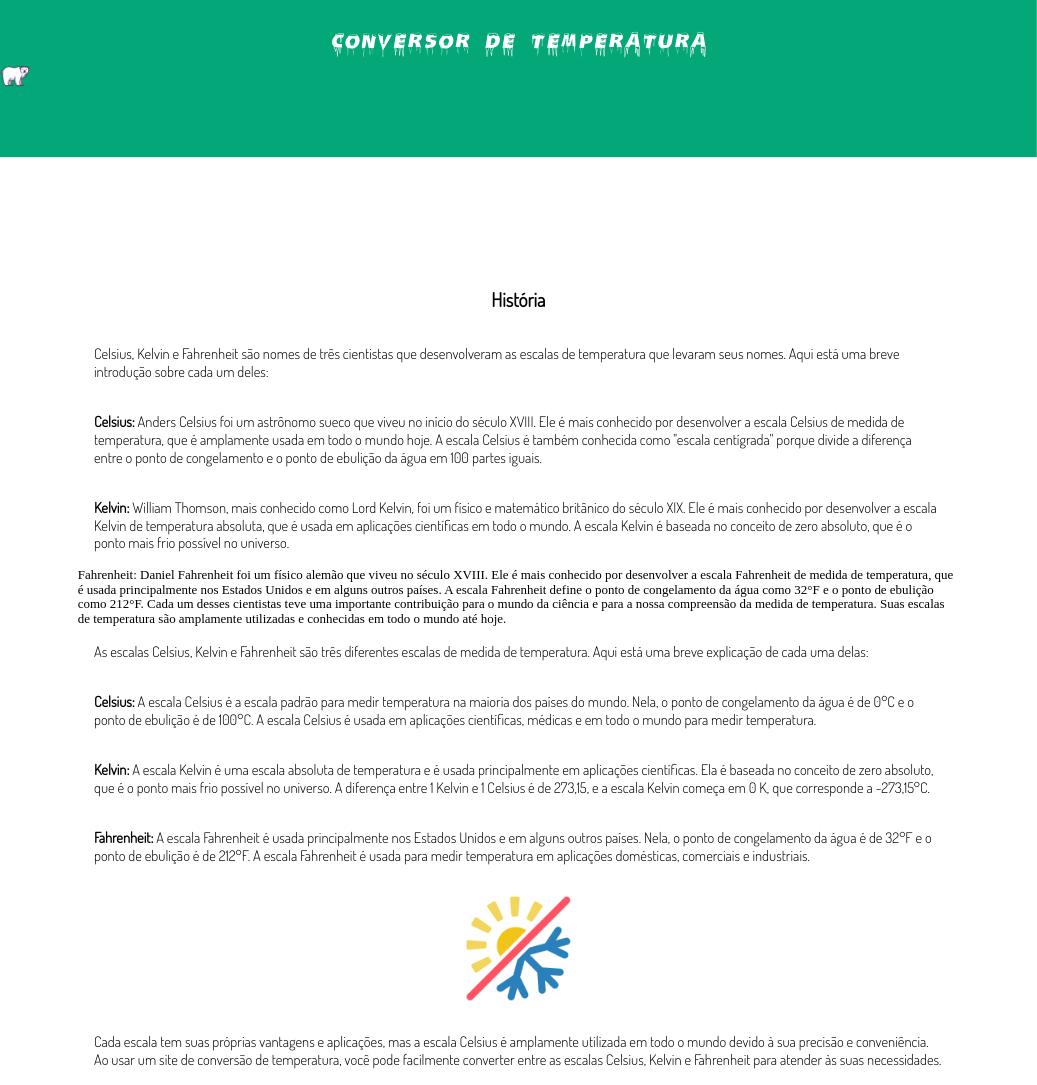
Repository: Leonngc/Conversor-de-temperatura
Page: history.html
The author's editor kept a copy of each file at every save. The page is drawn from the files as they stood at one save, then again after the next save.
The browser window is 1280 px wide. The pictures show the whole page, at 81% of full size.
Some icons come from a web library that is not loaded, so they are not drawn.

Above is the page before, as saved 2023-02-12 00:59:51.

### history.html
<!DOCTYPE html>
<html lang="pt-br">
  <head>
    <meta charset="UTF-8" />
    <meta http-equiv="X-UA-Compatible" content="IE=edge" />
    <meta name="viewport" content="width=device-width, initial-scale=1.0" />
    <link
      rel="stylesheet"
      href="https://cdn-uicons.flaticon.com/uicons-bold-straight/css/uicons-bold-straight.css"
    />
    <link
      rel="stylesheet"
      href="https://cdn-uicons.flaticon.com/uicons-brands/css/uicons-brands.css"
    />
    <link rel="stylesheet" href="history.css" />
    <script src="scripts/menu.js" defer></script>
    <title>História</title>
  </head>
  <body>
    <header>
      <h1>Conversor de Temperatura</h1>
      <img src="image/urso-polar.png" alt="" /><button id="menu-button">
        <i class="fi fi-bs-menu-burger"></i>
      </button>

      <menu>
        <ul id="links-menu">
          <li><a href="about.html">Sobre a página</a></li>
          <li><a href="history.html">História</a></li>
          <li><a href="projects.html">Outros Projetos</a></li>
        </ul>
      </menu>
    </header>
    <main>
      <h2>História</h2>

      <article>
        <p>Celsius, Kelvin e Fahrenheit são nomes de três cientistas que desenvolveram as escalas de temperatura que levaram seus nomes. Aqui está uma breve introdução sobre cada um deles:</p>

<p><strong>Celsius:</strong> Anders Celsius foi um astrônomo sueco que viveu no início do século XVIII. Ele é mais conhecido por desenvolver a escala Celsius de medida de temperatura, que é amplamente usada em todo o mundo hoje. A escala Celsius é também conhecida como "escala centígrada" porque divide a diferença entre o ponto de congelamento e o ponto de ebulição da água em 100 partes iguais.</p>

<p><strong>Kelvin:</strong> William Thomson, mais conhecido como Lord Kelvin, foi um físico e matemático britânico do século XIX. Ele é mais conhecido por desenvolver a escala Kelvin de temperatura absoluta, que é usada em aplicações científicas em todo o mundo. A escala Kelvin é baseada no conceito de zero absoluto, que é o ponto mais frio possível no universo.</p>

Fahrenheit: Daniel Fahrenheit foi um físico alemão que viveu no século XVIII. Ele é mais conhecido por desenvolver a escala Fahrenheit de medida de temperatura, que é usada principalmente nos Estados Unidos e em alguns outros países. A escala Fahrenheit define o ponto de congelamento da água como 32°F e o ponto de ebulição como 212°F.

Cada um desses cientistas teve uma importante contribuição para o mundo da ciência e para a nossa compreensão da medida de temperatura. Suas escalas de temperatura são amplamente utilizadas e conhecidas em todo o mundo até hoje.
      </article>

      <article>
        <p>
          As escalas Celsius, Kelvin e Fahrenheit são três diferentes escalas de
          medida de temperatura. Aqui está uma breve explicação de cada uma
          delas:
        </p>

        <p>
          <strong>Celsius:</strong> A escala Celsius é a escala padrão para
          medir temperatura na maioria dos países do mundo. Nela, o ponto de
          congelamento da água é de 0°C e o ponto de ebulição é de 100°C. A
          escala Celsius é usada em aplicações científicas, médicas e em todo o
          mundo para medir temperatura.
        </p>

        <p>
          <strong>Kelvin:</strong> A escala Kelvin é uma escala absoluta de
          temperatura e é usada principalmente em aplicações científicas. Ela é
          baseada no conceito de zero absoluto, que é o ponto mais frio possível
          no universo. A diferença entre 1 Kelvin e 1 Celsius é de 273,15, e a
          escala Kelvin começa em 0 K, que corresponde a -273,15°C.
        </p>
        <p>
          <strong>Fahrenheit:</strong> A escala Fahrenheit é usada
          principalmente nos Estados Unidos e em alguns outros países. Nela, o
          ponto de congelamento da água é de 32°F e o ponto de ebulição é de
          212°F. A escala Fahrenheit é usada para medir temperatura em
          aplicações domésticas, comerciais e industriais.
        </p>
        <div>
            <img src="image/temperaturas.png" alt="">
        </div>
        <p>
          Cada escala tem suas próprias vantagens e aplicações, mas a escala
          Celsius é amplamente utilizada em todo o mundo devido à sua precisão e
          conveniência. Ao usar um site de conversão de temperatura, você pode
          facilmente converter entre as escalas Celsius, Kelvin e Fahrenheit
          para atender às suas necessidades.
        </p>
      </article>
    </main>
  </body>
</html>

### history.css
@charset "UTF-8";
@import url('https://fonts.googleapis.com/css2?family= Dosis:wght@300 & display = swap');
@font-face {
    font-family: Title;
    src: url(fonts/IceCaps.ttf);
}

:root{
    --yellow: #F7FF58;
    --snow: #FBFBFF;
    --blackout: #040F16;
    --dosis: 'Dosis', sans-serif;
}

*{
    margin: 0;
    padding: 0;
    box-sizing: border-box;
}

header{
    background-color: #04A777;
    margin-bottom: 140px;
    max-width: 100vw;
    color: white;
    height: 27vh;
}

header > img{
    display: block;
    width: 38px;
}

header > h1{
    font-family: Title, sans-serif;
    font-weight: lighter;
    text-align: center;
    font-size: 35px;
    padding-top: 40px;
}

menu{
    background-color: #05C78D;
    padding: 10px;
    max-width: 100vw;
    display: none;
}

menu > ul{
    margin-left: 20px;
    font-size: 20px;
    font-family: var(--dosis);
    font-weight: bold;
    color: white;
}

menu > ul > li{
    padding: 5px;
}

li > a{
    text-decoration: none;
    color: #FBFBFF;
}

li > a:hover{
    color: #03583e;
    text-decoration: underline;
}

#menu-button{
    background-color: #03583e00;
    border: none;
    color: white;
    font-size: 40px;
    margin-left: 15px;
    margin-bottom: 12px;
}

main{
    margin: auto;
    width: 85vw;
}

main > h2{
    text-align: center;
    font-family: var(--dosis);
    padding: 20px;
}

article > p{
    font-family: var(--dosis);
    font-size: 18px;
    padding: 20px;
}

div > img{
    display: block;
    margin: auto;
    padding: 20px;
}

### scripts/menu.js
const menu = document.getElementById('menu-button');
const linkMenu = document.querySelector('menu')


menu.addEventListener('click', event =>{


    if(linkMenu.style.display =='none'){
        linkMenu.style.display = 'block'
    }else{
           linkMenu.style.display = 'none';
    }
})

After the next save:
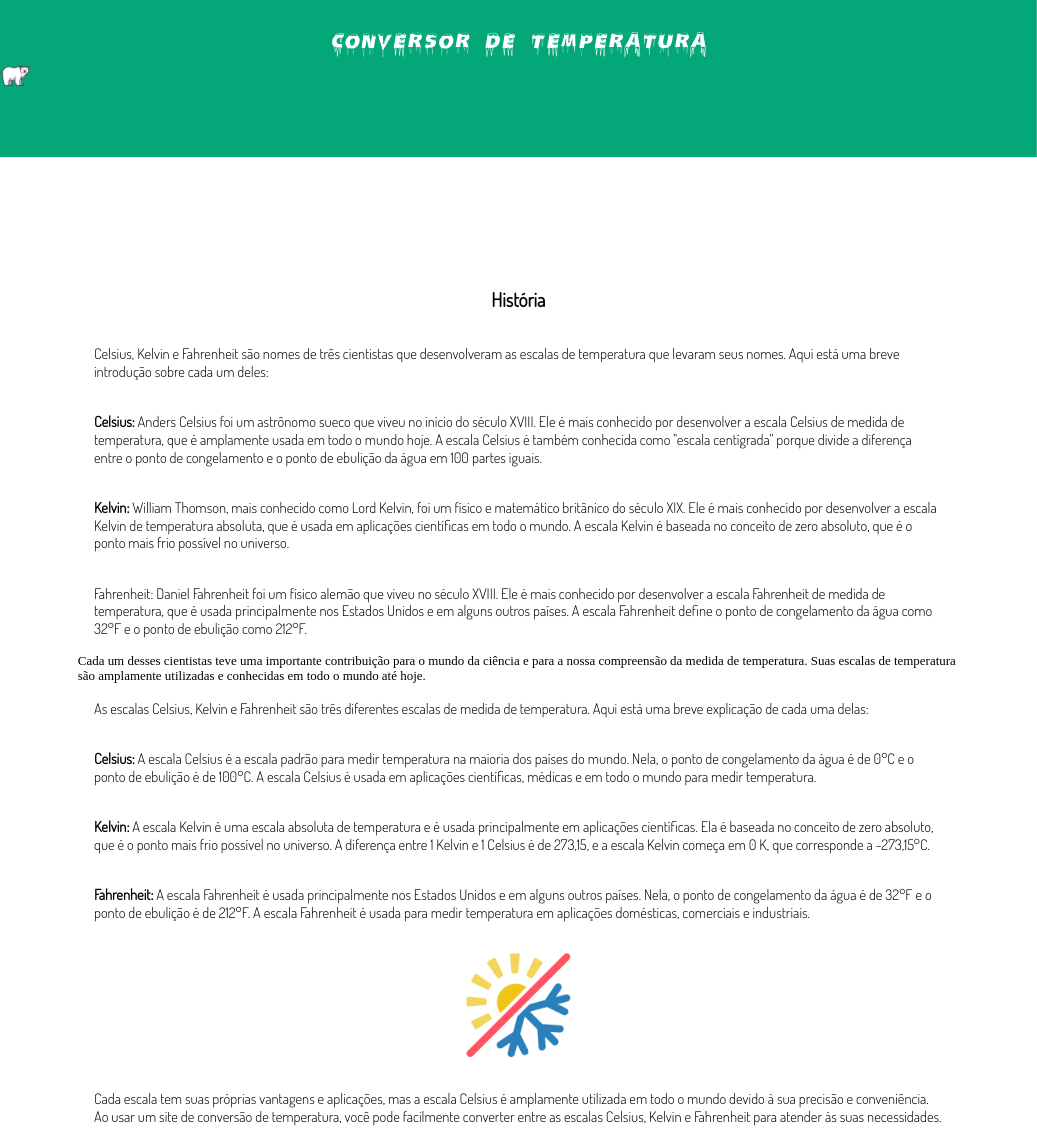
Saved 9 s later.
--- a/history.html
+++ b/history.html
@@ -41,7 +41,7 @@
 
 <p><strong>Kelvin:</strong> William Thomson, mais conhecido como Lord Kelvin, foi um físico e matemático britânico do século XIX. Ele é mais conhecido por desenvolver a escala Kelvin de temperatura absoluta, que é usada em aplicações científicas em todo o mundo. A escala Kelvin é baseada no conceito de zero absoluto, que é o ponto mais frio possível no universo.</p>
 
-Fahrenheit: Daniel Fahrenheit foi um físico alemão que viveu no século XVIII. Ele é mais conhecido por desenvolver a escala Fahrenheit de medida de temperatura, que é usada principalmente nos Estados Unidos e em alguns outros países. A escala Fahrenheit define o ponto de congelamento da água como 32°F e o ponto de ebulição como 212°F.
+<p>Fahrenheit: Daniel Fahrenheit foi um físico alemão que viveu no século XVIII. Ele é mais conhecido por desenvolver a escala Fahrenheit de medida de temperatura, que é usada principalmente nos Estados Unidos e em alguns outros países. A escala Fahrenheit define o ponto de congelamento da água como 32°F e o ponto de ebulição como 212°F.</p>
 
 Cada um desses cientistas teve uma importante contribuição para o mundo da ciência e para a nossa compreensão da medida de temperatura. Suas escalas de temperatura são amplamente utilizadas e conhecidas em todo o mundo até hoje.
       </article>
